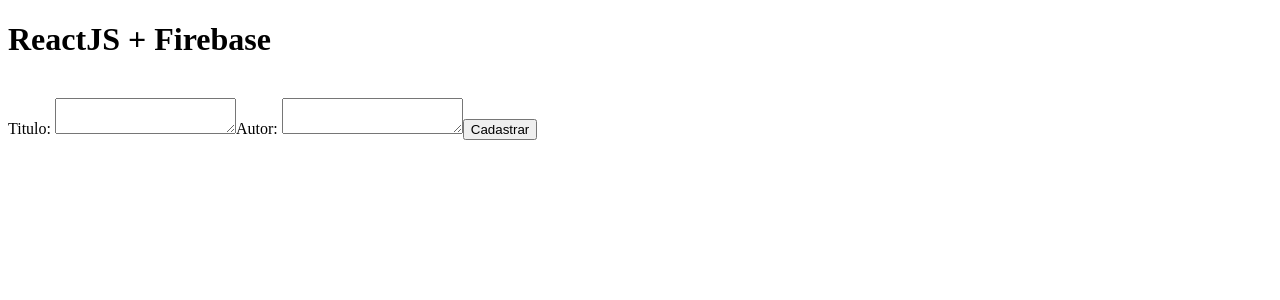
Repository: joaoaspimienta/Estudos-de-firebase
Page: /
These files come from the project's save history. The page is drawn as it stood at one moment and after the next save; the edit follows.
The browser window is 1280 px wide. The pictures show the whole page.
The project was rebuilt for these pictures with package versions that can differ from the ones it lists, and the page was loaded fresh each time.

Above is the page before, as saved 2022-04-27 21:31:18.

### src/App.js
import { useState } from 'react';
import firebase from './firebaseConnection'

function App() {
  const [titulo, setTitulo] = useState('')
  const [autor, setAutor] = useState('')

  function handleAdd(){
    alert('clicou' + titulo + autor)
  }

  return (
    <div className="App">
      <h1>ReactJS + Firebase</h1><br/>

      <div className='container'>

      <label>Titulo: </label>
      <textarea type='text' value={titulo} onChange={(e)=>setTitulo(e.target.value)}/>

      <label>Autor: </label>
      <textarea type='text' value={autor} onChange={(e)=>setAutor(e.target.value)}/>

      <button onClick={ handleAdd }>Cadastrar</button>

      </div>
    </div>
  );
}

export default App;

### src/firebaseConnection.js
import firebase from 'firebase/app'
import 'firebase/firestore'

let firebaseConfig = {
  apiKey: "AIzaSyBM8zXTuMB9OuHMgazGoDHqoWQcRxFFhw8",
  authDomain: "react-zero-ao-avancado.firebaseapp.com",
  projectId: "react-zero-ao-avancado",
  storageBucket: "react-zero-ao-avancado.appspot.com",
  messagingSenderId: "829524555310",
  appId: "1:829524555310:web:21abf5fa7f77d62df511bf",
  measurementId: "G-5HZY1965W8"
};

if(!firebase.apps.length){
  firebase.initializeApp(firebaseConfig)
}

export default firebase;

### src/style.css
.container{
  width: 600px;
  display: flex;
  flex-direction: column;
}

Loaded but not shown: public/index.html (common file); src/index.js (common file)

After the next save:
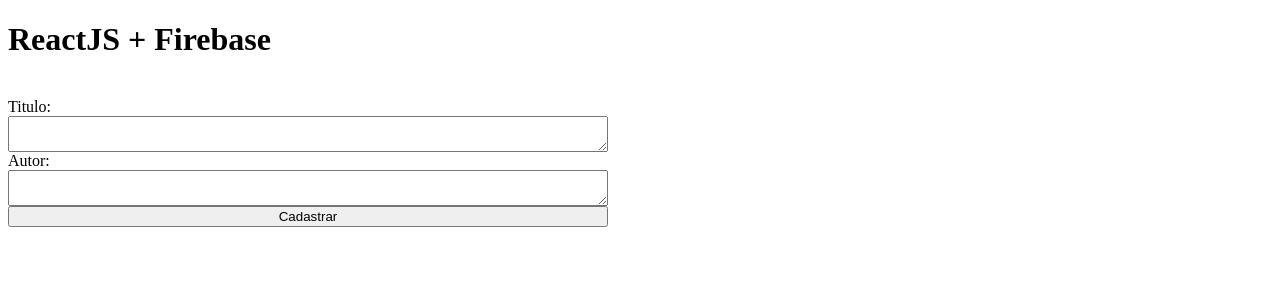
Saved 2 min 43 s later.
--- a/src/App.js
+++ b/src/App.js
@@ -1,5 +1,6 @@
 import { useState } from 'react';
 import firebase from './firebaseConnection'
+import './style.css'
 
 function App() {
   const [titulo, setTitulo] = useState('')
